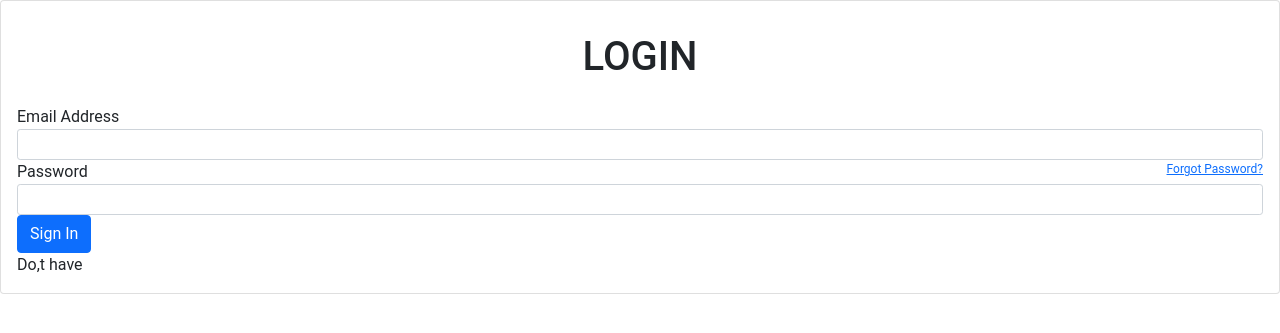
Repository: zjria/Bootstrap_logIn_1
Page: LoginPage/index.html
These files come from the project's save history. The page is drawn as it stood at one moment and after the next save; the edit follows.
The browser window is 1280 px wide. The pictures show the whole page.

Above is the page before, as saved 2022-06-14 10:57:30.

After the next save:
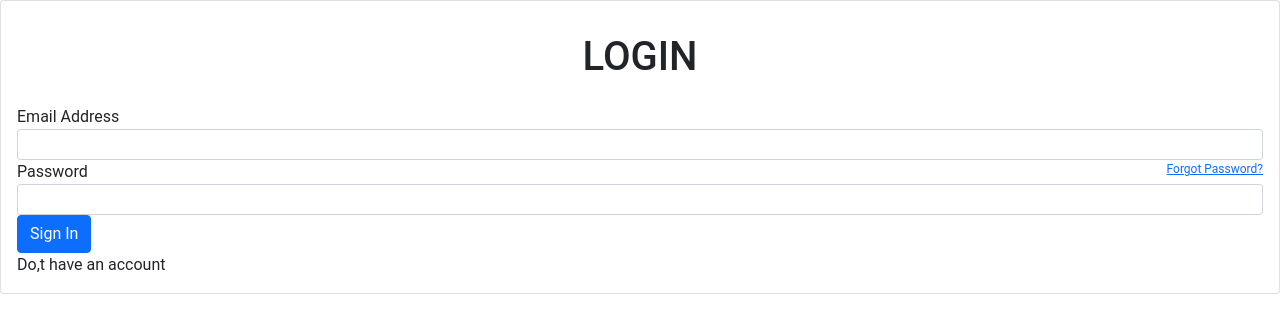
Saved 25 s later.
--- a/LoginPage/index.html
+++ b/LoginPage/index.html
@@ -35,7 +35,7 @@
                             <input type="password" class="form-control form-control-sm" id="exampleInputPassword1">
                         </div>
                         <button class="btn btn-primary btn-block">Sign In</button>
-                        <div class="singUp">Do,t have  </div>
+                        <div class="singUp">Do,t have an account</div> <a href=""></a>
                     </form>
                 </div>
             </div>
